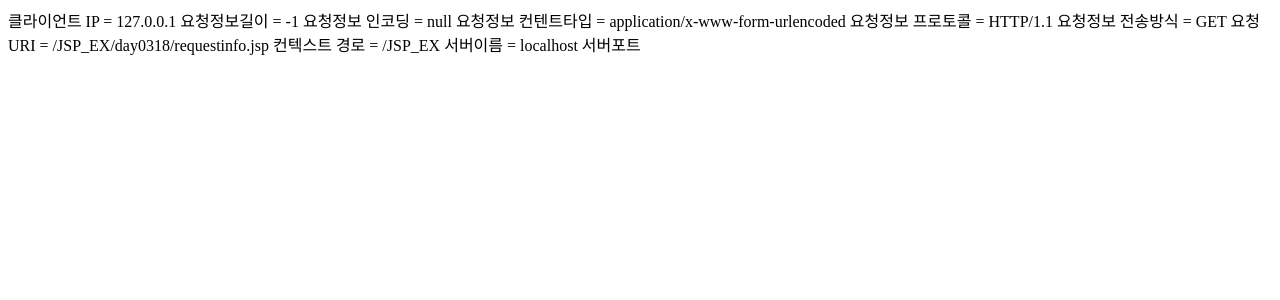
Repository: jjanggu1990/kh_java
Page: http://localhost/JSP_EX/day0318/requestinfo.jsp
These files come from the project's save history. The page is drawn as it stood at one moment and after the next save; the edit follows.
The browser window is 1280 px wide. The pictures show the whole page.
The page is served by Tomcat 9.

Above is the page before, as saved 2016-03-18 09:10:35.

After the next save:
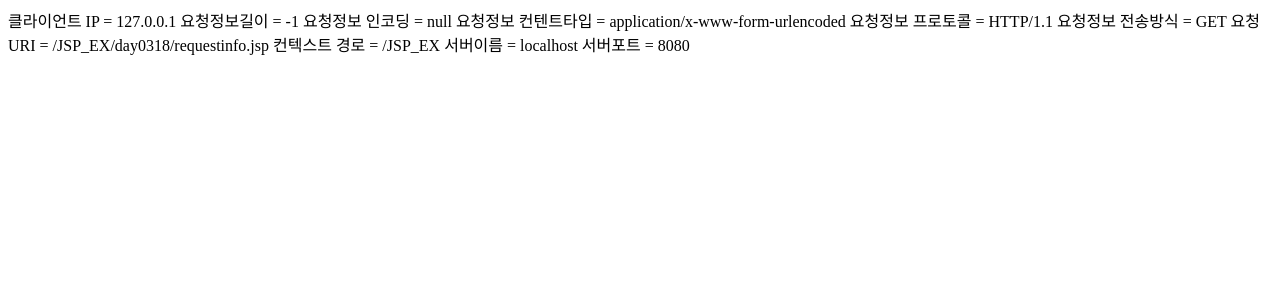
Saved 10 s later.
--- a/workspace/JSP_EX/WebContent/day0318/requestinfo.jsp
+++ b/workspace/JSP_EX/WebContent/day0318/requestinfo.jsp
@@ -15,6 +15,6 @@
 요청URI = <%= request.getRequestURI() %>
 컨텍스트 경로 = <%= request.getContextPath() %>
 서버이름 = <%= request.getServerName() %>
-서버포트
+서버포트 = <%= request.getServerPort() %>
 </body>
 </html>
